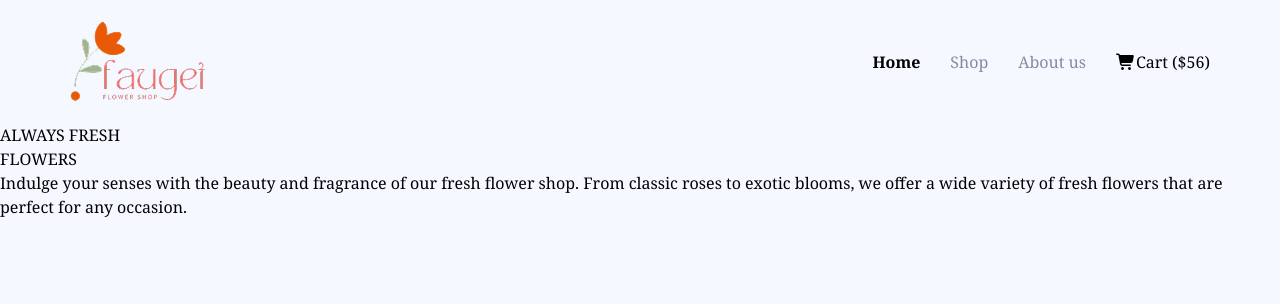
Repository: nahid-hasann/website-7
Page: index.html
The author's editor kept a copy of each file at every save. The page is drawn from the files as they stood at one save, then again after the next save.
The browser window is 1280 px wide. The pictures show the whole page.
Some web libraries are served in a nearby version.

Above is the page before, as saved 2025-07-23 23:02:45.

After the next save:
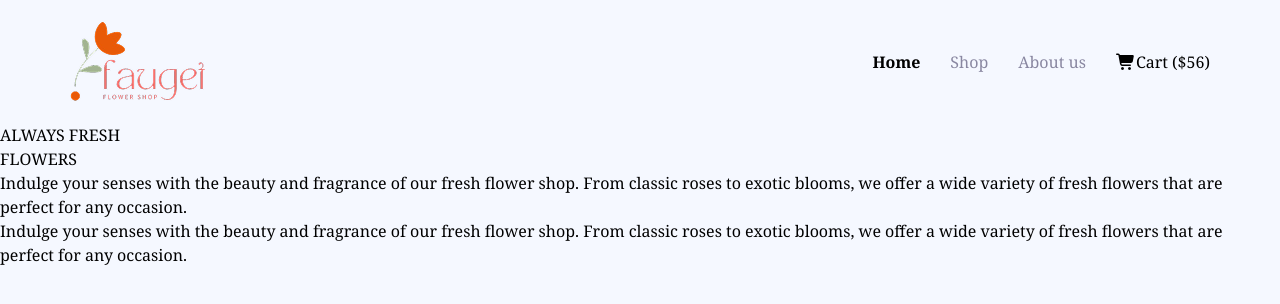
Saved 6 s later.
--- a/index.html
+++ b/index.html
@@ -38,7 +38,9 @@
                     <h1>ALWAYS <span>FRESH <br> FLOWERS</span></h1>
                     <p>Indulge your senses with the beauty and fragrance of our fresh flower shop. From classic roses to exotic blooms, we offer a wide variety of fresh flowers that are perfect for any occasion. </p>
                 </div>
-
+                <div class="banner-img">
+                    Indulge your senses with the beauty and fragrance of our fresh flower shop. From classic roses to exotic blooms, we offer a wide variety of fresh flowers that are perfect for any occasion.
+                </div>
             </div>
         </section>
 

After the 2 saves that followed:
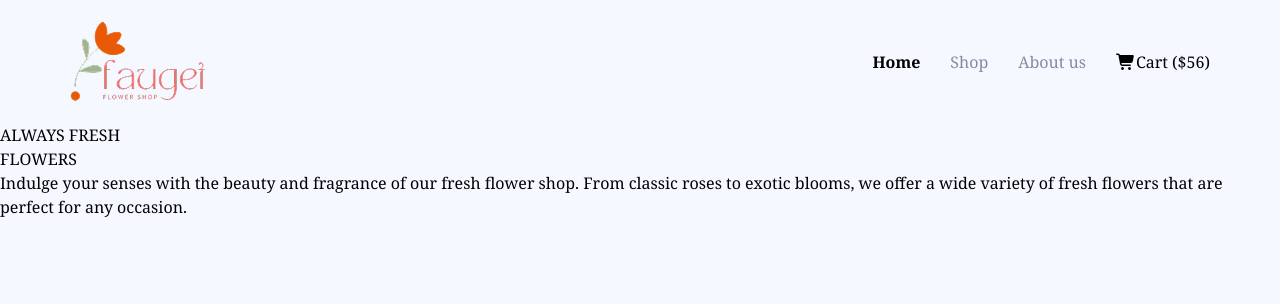
The 2 saves are shown as one change because they came seconds apart.
The last was saved 7 s later.
--- a/index.html
+++ b/index.html
@@ -39,7 +39,7 @@
                     <p>Indulge your senses with the beauty and fragrance of our fresh flower shop. From classic roses to exotic blooms, we offer a wide variety of fresh flowers that are perfect for any occasion. </p>
                 </div>
                 <div class="banner-img">
-                    Indulge your senses with the beauty and fragrance of our fresh flower shop. From classic roses to exotic blooms, we offer a wide variety of fresh flowers that are perfect for any occasion.
+                    <img src="" alt="">
                 </div>
             </div>
         </section>
